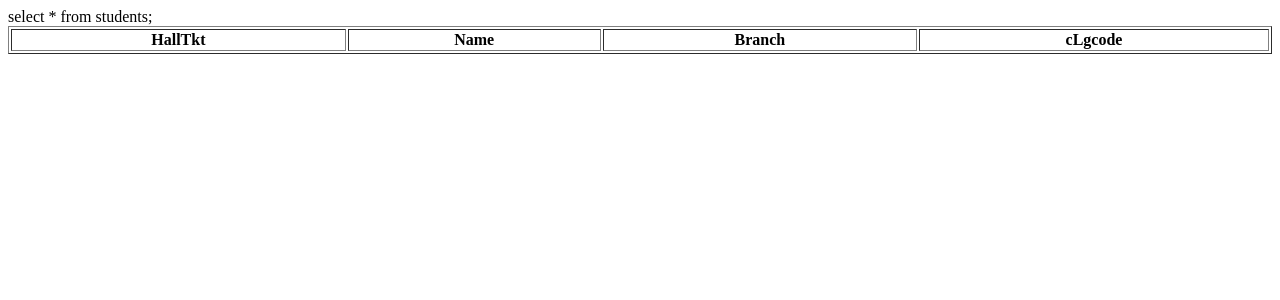
Repository: saiswaroop1547/ctstraining
Page: http://localhost/something/Sqljstl.jsp
These files come from the project's save history. The page is drawn as it stood at one moment and after the next save; the edit follows.
The browser window is 1280 px wide. The pictures show the whole page.
The page is served by Tomcat 9.

Above is the page before, as saved 2020-02-13 05:11:24.

After the next save:
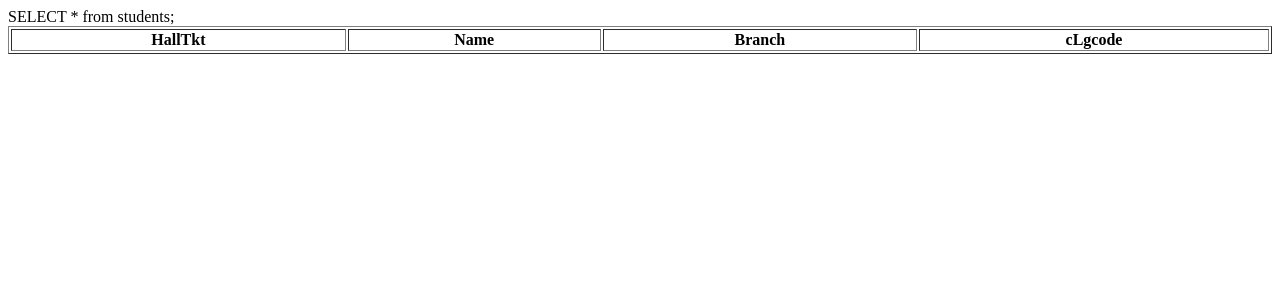
Saved 60 s later.
--- a/something/WebContent/Sqljstl.jsp
+++ b/something/WebContent/Sqljstl.jsp
@@ -12,7 +12,7 @@ driver="com.mysql.jdbc.Driver"
 url="jdbc:mysql://Localhost/cts"
 user="root" password="root"/>
 <sql:query dataSource="${db}" var="rs">
-select * from students;
+SELECT * from students;
 </sql:query>
 <table border="1" width="100%">
 <tr>
